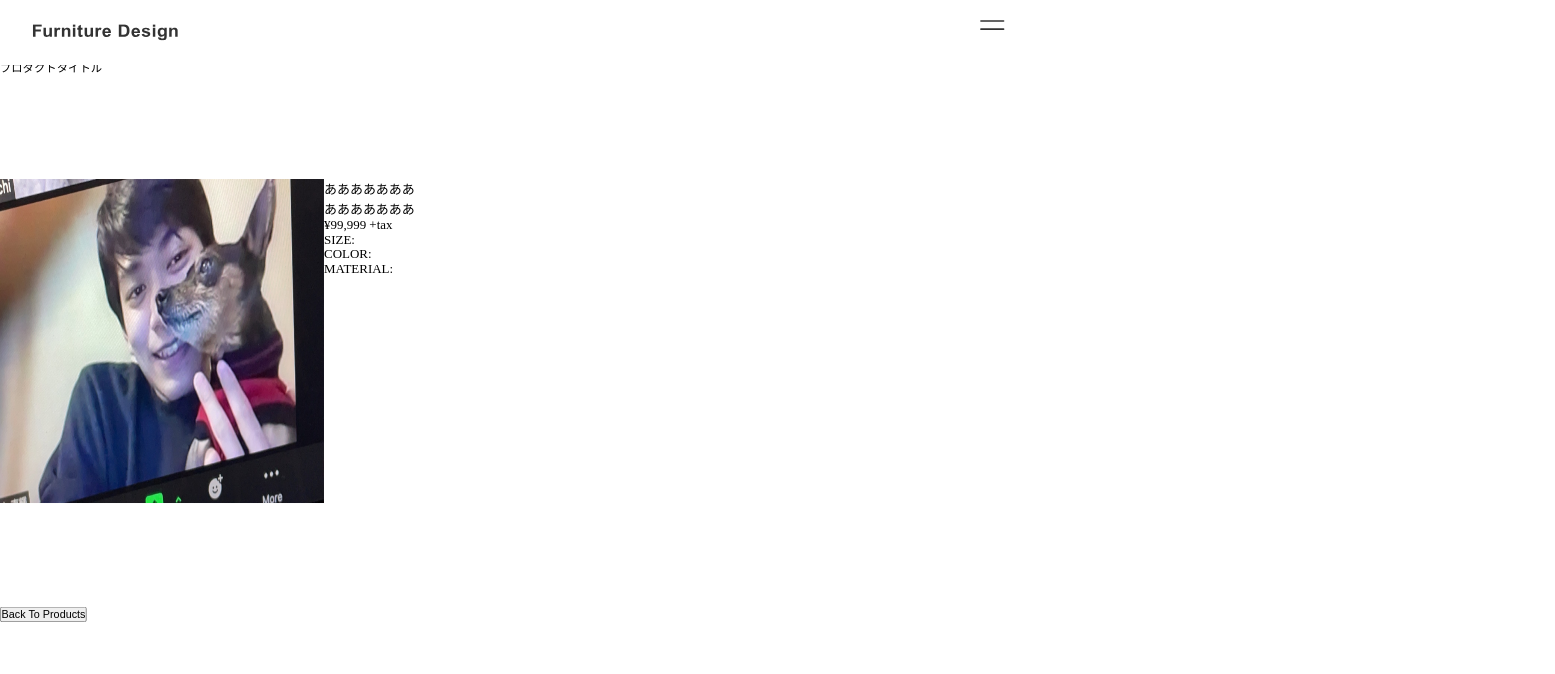
Repository: kohei23n/tenfeet
Page: menbers2/index.html
An editor plug-in stored every save of this project. The page is shown before and after the next save, followed by the edit.
The browser window is 1280 px wide. The page is 1920 px wide, so the pictures cover 1920 px, including what lies to the right of the window. The pictures show the whole page, at 81% of full size.

Above is the page before, as saved 2022-02-08 21:51:02.

After the next save:
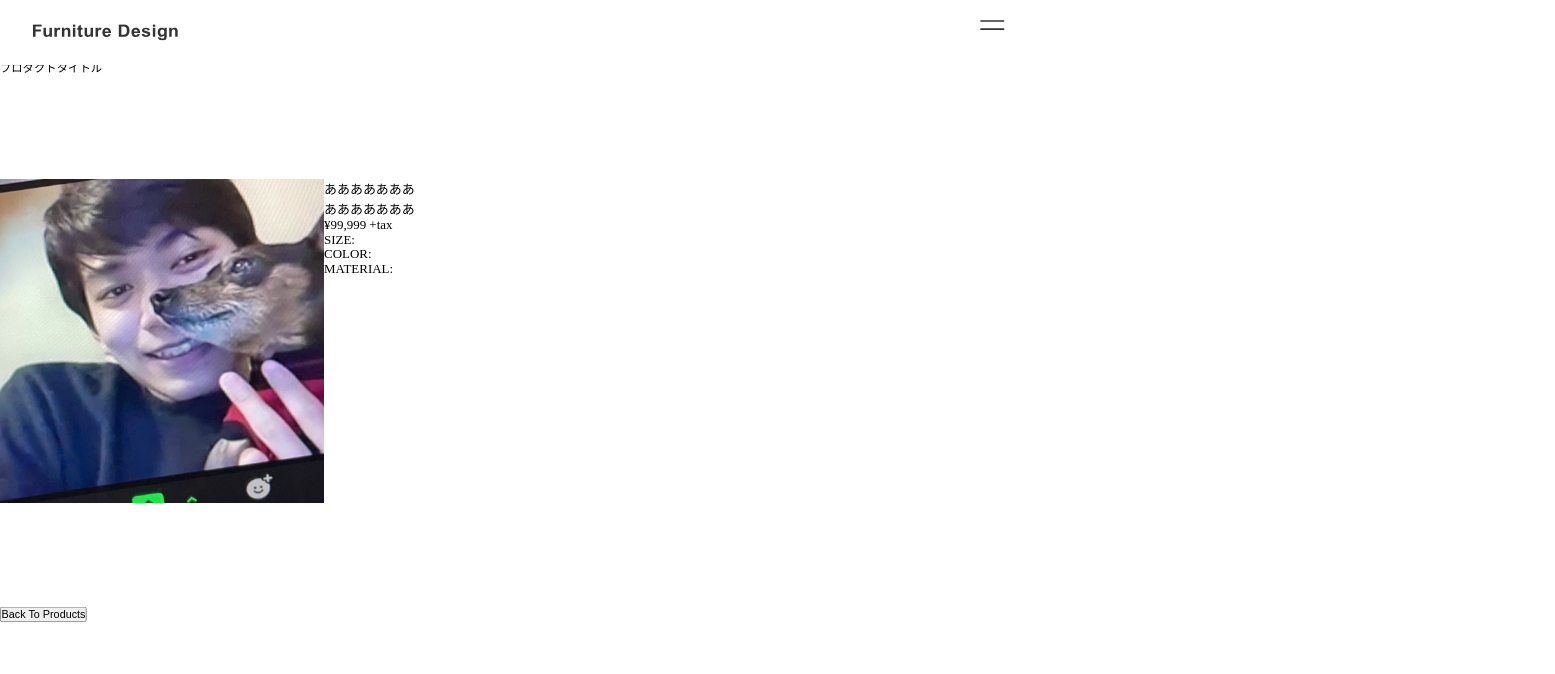
Saved 5 s later.
--- a/menbers2/menbers2.css
+++ b/menbers2/menbers2.css
@@ -111,7 +111,7 @@ img {
 .member_img{
     width: 400px;
     height: 400px;
-    o
+    object-fit: cover;
 }
 
 .section_member{
